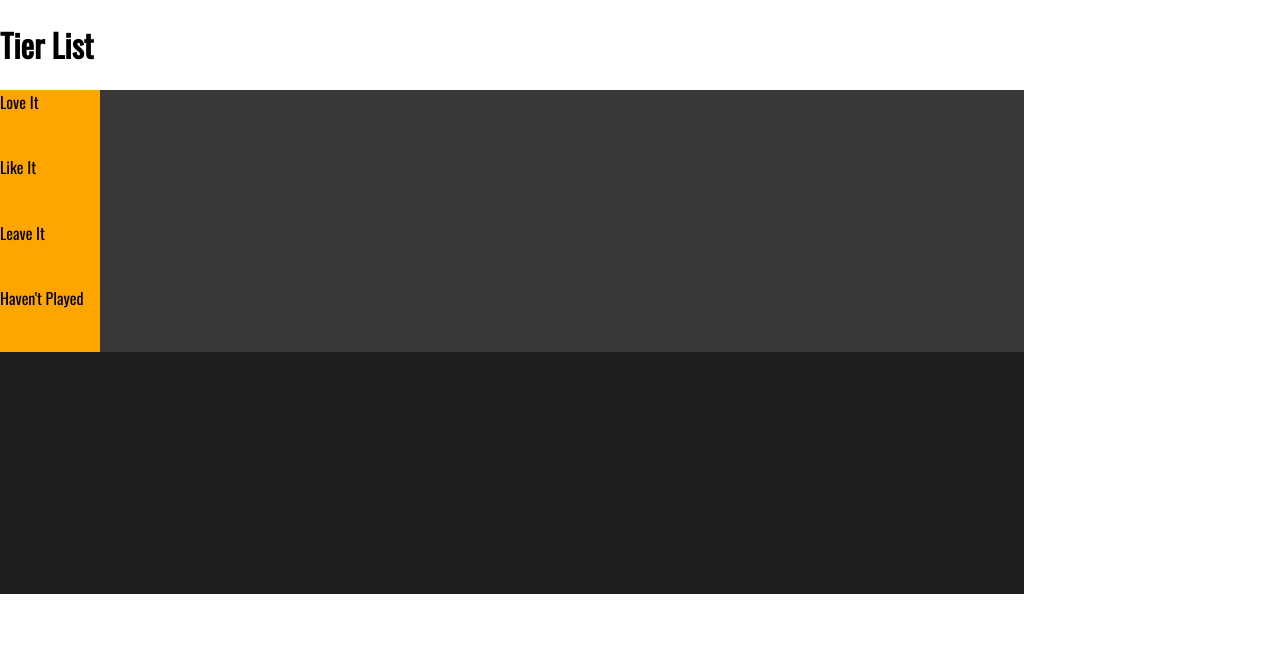
Repository: akiachenise/akiachenise.github.io
Page: JackboxGames_TierList_vanilla/index.html
These files come from the project's save history. The page is drawn as it stood at one moment and after the next save; the edit follows.
The browser window is 1280 px wide. The pictures show the whole page.

Above is the page before, as saved 2022-11-26 13:58:44.

### JackboxGames_TierList_vanilla/index.html
<!DOCTYPE html>
<!--[if lt IE 7]>      <html class="no-js lt-ie9 lt-ie8 lt-ie7"> <![endif]-->
<!--[if IE 7]>         <html class="no-js lt-ie9 lt-ie8"> <![endif]-->
<!--[if IE 8]>         <html class="no-js lt-ie9"> <![endif]-->
<!--[if gt IE 8]>      <html class="no-js"> <!--<![endif]-->
<html lang="en-US">
  <head>
    <meta charset="utf-8" />
    <meta http-equiv="X-UA-Compatible" content="IE=edge" />
    <title>My Game Ranking List</title>
    <meta name="description" content="My Game Ranking" />
    <meta name="viewport" content="width=device-width, initial-scale=1" />
    <link rel="stylesheet" type="text/css" href="css/stylesheet.css" />
    <link rel="stylesheet" href="https://fonts.googleapis.com/css?family=Oswald">
  </head>
  <body>
    <!--[if lt IE 7]>
      <p class="browsehappy">
        You are using an <strong>outdated</strong> browser. Please
        <a href="#">upgrade your browser</a> to improve your experience.
      </p>
    <![endif]-->
    <h1>Tier List</h1>
    <div id="board">
        <div class = "row">
            <div class = "label">Love It</div>
        </div>
        <div class = "row">
            <div class = "label">Like It</div>
        </div>
        <div class = "row">
            <div class = "label">Leave It</div>
        </div>
        <div class = "row">
            <div class = "label">Haven't Played</div>
        </div>

    </div>


    <script src="js/cards.js" async defer></script>
    <script src="js/rows.js" async defer></script>
  </body>
</html>

### JackboxGames_TierList_vanilla/css/stylesheet.css
body {
    font-family: 'Oswald';
    margin: 0;
}

#board {
    width: 80vw;
    height: 70vh;
    background-color: rgb(30, 30, 30);
}

.row {
    width: 100%;
    height: 13%;
    background-color: rgb(56, 56, 56);
}

.label {
    height: 100%;
    width: 100px;
    background-color: orange;
}

### JackboxGames_TierList_vanilla/js/cards.js
const cards = document.querySelectorAll('.card');

const onDragStart = (event) => {
    console.log('dragging the element');
    event.dataTransfer.setData('id', event.target.id);
    setTimeout(() => {
        event.target.style.visibility = 'hidden';
    }, 50)
}

const onDragEnd = (event) => {
    event.target.style.visibility = 'visible';
    console.log('ended the drag');
}

cards.forEach((card) => {
    card.ondragstart = onDragStart;
    card.ondragend = onDragEnd;


})

### JackboxGames_TierList_vanilla/js/rows.js
const rows = document.querySelectorAll('.row');

const onDragOver = (event) => {
    event.preventDefault();
}

const onDrop = (event) => {
    event.preventDefault();
   const draggedCardId = event.dataTransfer.getData('id');
   const draggedCard = document.getElementById(draggedCardId);
   event.target.appendChild(draggedCard);
   console.log('dropped the element');
}

rows.forEach((row) => {
    row.ondragover = onDragOver;
    row.ondrop = onDrop;
})

After the next save:
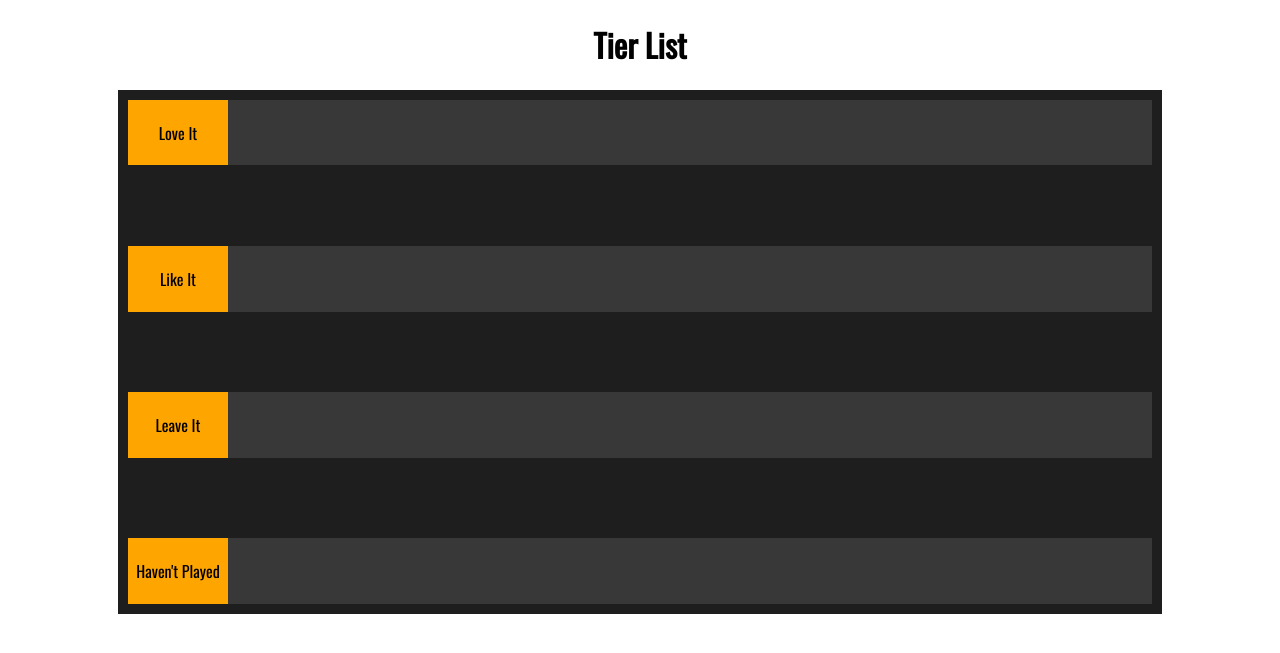
Saved 4 min 41 s later.
--- a/JackboxGames_TierList_vanilla/css/stylesheet.css
+++ b/JackboxGames_TierList_vanilla/css/stylesheet.css
@@ -1,9 +1,18 @@
 body {
     font-family: 'Oswald';
     margin: 0;
+    display: flex;
+    flex-direction: column;
+    align-items: center;
+    justify-content: center;
 }
 
 #board {
+    display: flex;
+    flex-direction: column;
+    align-items: center;
+    justify-content: space-between;
+    padding: 10px;
     width: 80vw;
     height: 70vh;
     background-color: rgb(30, 30, 30);
@@ -16,6 +25,9 @@ body {
 }
 
 .label {
+    display: flex;
+    justify-content: center;
+    align-items: center;
     height: 100%;
     width: 100px;
     background-color: orange;
